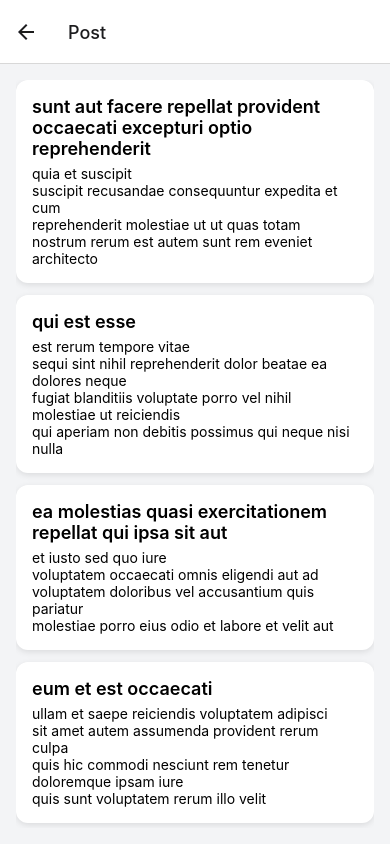
Repository: nawaz1568/Task_counter
Screen: /Post
The author's editor kept a copy of each file at every save. The screen is drawn from the files as they stood at one save, then again after the next save.
An inner scrolling area shows only its first screen. The app was drawn by React Native's web renderer in a window 390 px wide. The project was rebuilt for these pictures with package versions that can differ from the ones it lists, and the page was loaded fresh each time. Also part of the build but not shown: src/components/Header.js, src/screens/PostListScreen.js, src/screens/PostDetailScreen.js, src/screens/CounterScreen.js.

Above is the screen before, as saved 2025-09-09 14:16:54.

### App.js
import React from 'react';
import { NavigationContainer } from '@react-navigation/native';
import { createNativeStackNavigator } from '@react-navigation/native-stack';
import LoginScreen from './src/screens/LoginScreen';
import PostListScreen from './src/screens/PostListScreen';
import PostDetailScreen from './src/screens/PostDetailScreen';
import CounterScreen from './src/screens/CounterScreen';
import PostsScreen from './src/screens/PostsScreen';

const Stack = createNativeStackNavigator();

export default function App() {
  return (
    <NavigationContainer>
      <Stack.Navigator initialRouteName="Login">
        <Stack.Screen name="Login" component={LoginScreen} options={{ title: 'Login' }} />
        <Stack.Screen name="Posts" component={PostListScreen} options={{ title: 'Posts' }} />
        <Stack.Screen name="Details" component={PostDetailScreen} options={{ title: 'Post Details' }} />
        <Stack.Screen name="Post" component={PostsScreen} options={{ title: 'Post' }} />
        <Stack.Screen name="Counter" component={CounterScreen} options={{ title: 'Counter' }} />
      </Stack.Navigator>
    </NavigationContainer>
  );
}

### src/screens/LoginScreen.js
import React, { useState } from 'react';
import { View, Text, TextInput, Alert, TouchableOpacity, StyleSheet } from 'react-native';

export default function LoginScreen({ navigation }) {
  const [email, setEmail] = useState('');
  const [password, setPassword] = useState('');

  // Login button function
  const onLogin = () => {
    Alert.alert('Login', `Email: ${email}\nPassword: ${password}`);
    navigation.navigate('Posts'); // Navigate to Posts screen
  };

  // Go to Counter Demo button function
  const goToCounter = () => {
    navigation.navigate('Counter'); // Navigate to Counter screen
  };

  return (
    <View style={styles.container}>
      <Text style={styles.title}>Welcome</Text>

      {/* Text Inputs */}
      <TextInput
        placeholder="Email"
        value={email}
        onChangeText={setEmail}
        keyboardType="email-address"
        autoCapitalize="none"
        style={styles.input}
      />
      <TextInput
        placeholder="Password"
        value={password}
        onChangeText={setPassword}
        secureTextEntry
        style={styles.input}
      />

      {/* Login Button */}
      <TouchableOpacity style={styles.button} onPress={onLogin}>
        <Text style={styles.buttonText}>Login</Text>
      </TouchableOpacity>

{/* JSON Button */}
<TouchableOpacity
  style={[styles.button, { backgroundColor: '#2563eb', marginTop: 12 }]}
  onPress={() => navigation.navigate('Post')} // matches Stack.Screen
>
  <Text style={styles.buttonText}>JSON Button</Text>
</TouchableOpacity>


      {/* Dummy Button */}
      <TouchableOpacity style={[styles.button, { backgroundColor: '#10b981', marginTop: 12 }]}>
        <Text style={styles.buttonText}>Dummy Button</Text>
      </TouchableOpacity>

      {/* Go to Counter Demo Button */}
      <TouchableOpacity style={[styles.button, { backgroundColor: '#f59e0b', marginTop: 12 }]} onPress={goToCounter}>
        <Text style={styles.buttonText}>Go to Counter Demo</Text>
      </TouchableOpacity>
    </View>
  );
}

const styles = StyleSheet.create({
  container: {
    flex: 1,
    alignItems: 'center',
    justifyContent: 'center',
    padding: 20,
    backgroundColor: '#f9fafb',
  },
  title: { fontSize: 24, fontWeight: '700', marginBottom: 24 },
  input: {
    width: '100%',
    borderWidth: 1,
    borderColor: '#d1d5db',
    borderRadius: 12,
    padding: 12,
    marginBottom: 12,
    backgroundColor: '#fff',
  },
  button: {
    width: '100%',
    padding: 14,
    backgroundColor: '#111827',
    borderRadius: 12,
    alignItems: 'center',
    marginTop: 4,
  },
  buttonText: { color: '#fff', fontWeight: '600' },
});

### src/screens/PostsScreen.js
import React from 'react';
import { View, Text, FlatList, StyleSheet } from 'react-native';
import postsData from '../data/posts.json'; // your JSON file

export default function PostsScreen() {
  const renderItem = ({ item }) => (
    <View style={styles.card}>
      <Text style={styles.title}>{item.title}</Text>
      <Text>{item.body}</Text>
    </View>
  );

  return (
    <View style={styles.container}>
      <FlatList
        data={postsData}
        keyExtractor={(item) => item.id.toString()}
        renderItem={renderItem}
      />
    </View>
  );
}

const styles = StyleSheet.create({
  container: { flex: 1, padding: 16, backgroundColor: '#f3f4f6' },
  card: {
    backgroundColor: '#fff',
    padding: 16,
    borderRadius: 12,
    marginBottom: 12,
    shadowColor: '#000',
    shadowOpacity: 0.1,
    shadowRadius: 6,
    shadowOffset: { width: 0, height: 2 },
  },
  title: { fontSize: 18, fontWeight: '600', marginBottom: 6 },
});

Loaded but not shown: src/data/posts.json (common file)

After the next save:
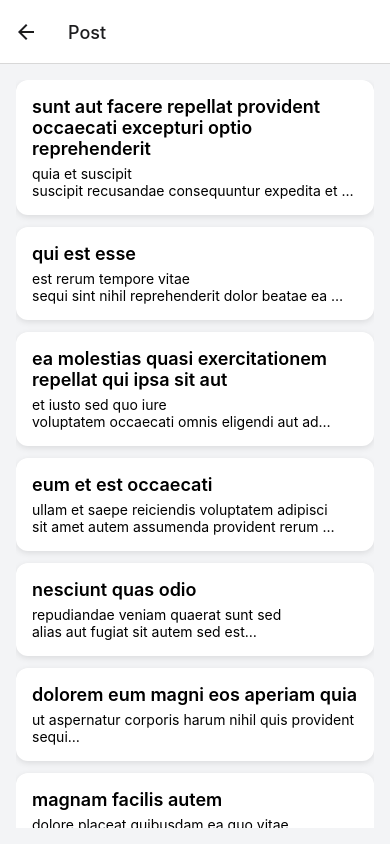
Saved 102 s later.
--- a/src/screens/PostsScreen.js
+++ b/src/screens/PostsScreen.js
@@ -1,13 +1,21 @@
 import React from 'react';
-import { View, Text, FlatList, StyleSheet } from 'react-native';
+import { View, Text, FlatList, StyleSheet, TouchableOpacity } from 'react-native';
 import postsData from '../data/posts.json'; // your JSON file
 
-export default function PostsScreen() {
+export default function PostsScreen({ navigation }) {
   const renderItem = ({ item }) => (
-    <View style={styles.card}>
+    <TouchableOpacity
+      style={styles.card}
+      onPress={() =>
+        navigation.navigate('Details', {
+          title: item.title,
+          body: item.body,
+        })
+      }
+    >
       <Text style={styles.title}>{item.title}</Text>
-      <Text>{item.body}</Text>
-    </View>
+      <Text numberOfLines={2}>{item.body}</Text>
+    </TouchableOpacity>
   );
 
   return (
